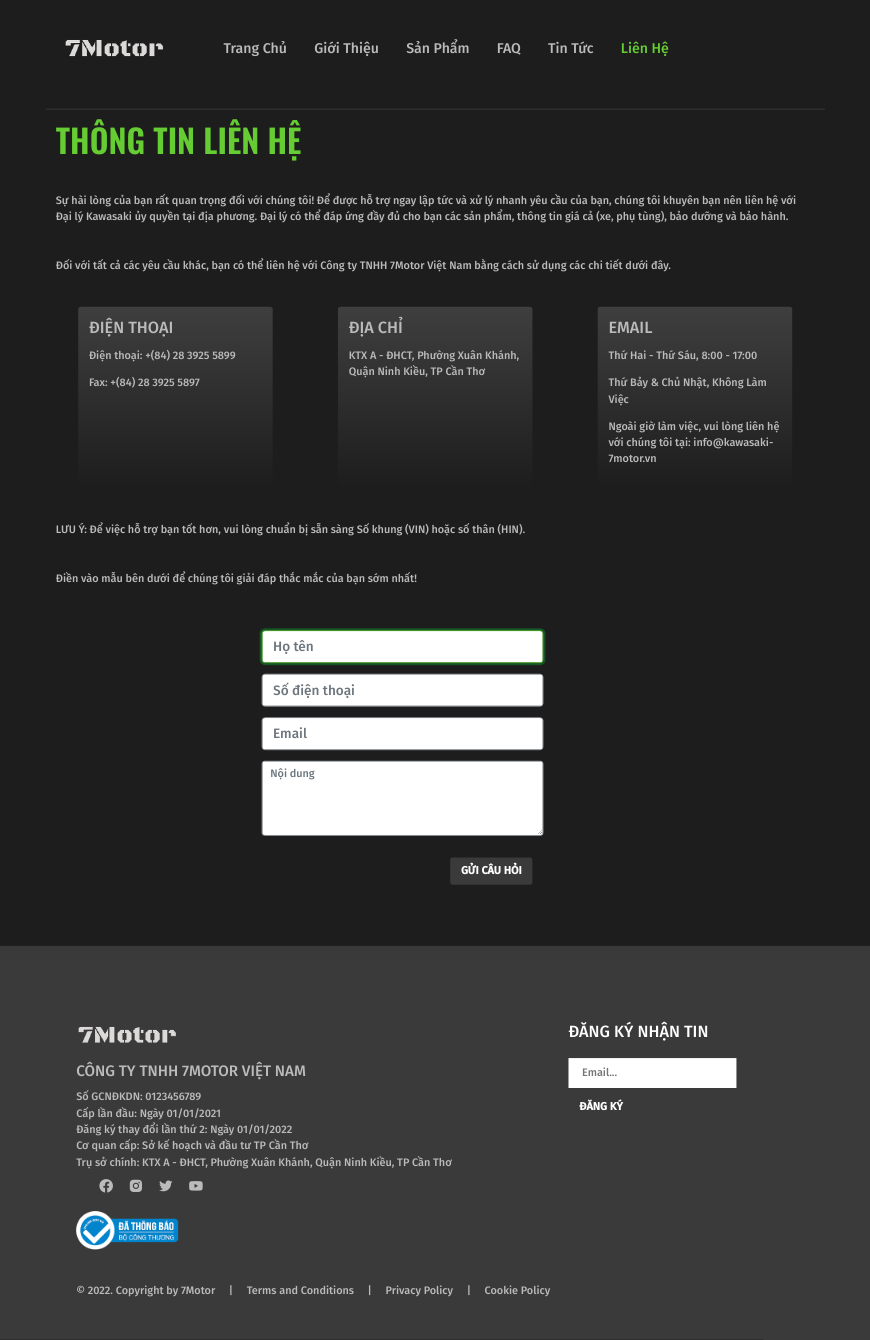
Repository: nntruong1907/SevenMotor
Page: contact.html
These files come from the project's save history. The page is drawn as it stood at one moment and after a run of saves; the edit follows.
The browser window is 1280 px wide. The pictures show the whole page, at 68% of full size.
The first visible `.form-control` has the focus.

Above is the page before, as saved 2022-04-06 10:14:38.
Console error: TypeError: Cannot read properties of undefined (reading 'classList')

### contact.html

<!DOCTYPE html>
<html lang="en">

<head>
    <meta charset="UTF-8">
    <meta http-equiv="X-UA-Compatible" content="IE=edge">
    <meta name="viewport" content="width=device-width, initial-scale=1.0">
    <title>7Motor | Liên hệ</title>
    <link rel="shortcut icon" type="image/icon" href="./img/seven.ico"/>
    <!-- bootstrap5 -->
    <link href="https://cdn.jsdelivr.net/npm/bootstrap@5.1.3/dist/css/bootstrap.min.css" rel="stylesheet">
    <script src="https://cdn.jsdelivr.net/npm/bootstrap@5.1.3/dist/js/bootstrap.bundle.min.js"></script>
    <!-- boxicons -->
    <link href='https://unpkg.com/boxicons@2.1.2/css/boxicons.min.css' rel='stylesheet'>
    <script src="https://unpkg.com/boxicons@2.1.2/dist/boxicons.js"></script>
    <!-- app css -->
    <link rel="stylesheet" href="./css/grid.css">
    <link rel="stylesheet" href="./css/app.css">
</head>

<body>

    <!-- header -->
    <header>
        <a href="#" class="logo">
            <img src="./img/7motor.png" alt="Logo">
        </a>
        <div class="main-menu-wrapper">
            <ul class="main-menu m-1">
                <li><a href="./index.html">Trang Chủ</a></li>
                <li><a href="./about.html">Giới thiệu</a></li>
                <li><a href="./products.html">Sản phẩm</a></li>
                <li><a href="./faq.html">FAQ</a></li>
                <li><a href="./news.html">Tin tức</a></li>
                <li><a href="#" class="active">Liên hệ</a></li>
            </ul>
        </div>

    </header>
    <!-- end header -->

    <!-- hero slide -->
    <div class="hero">
        <div class="container" id="hero-slide">
            <!-- slide item -->
            <div class="row mt-3">
                <hr/>
                <div class="col-12">
                    <div class="to-bot show-on-scroll">
                        <h3 class="main-title">Thông tin liên hệ</h3>
                    </div>

                    <div class="mt-5 to-top show-on-scroll">
                        Sự hài lòng của bạn rất quan trọng đối với chúng tôi! Để được hỗ trợ ngay lập tức và xử lý nhanh yêu cầu của bạn, chúng tôi khuyên bạn nên liên hệ với Đại lý Kawasaki ủy quyền tại địa phương. Đại lý có thể đáp ứng đầy đủ cho bạn các sản phẩm, thông tin giá cả (xe, phụ tùng), bảo dưỡng và bảo hành.
                    </div>
                    <div class="mt-5 to-top show-on-scroll">
                        Đối với tất cả các yêu cầu khác, bạn có thể liên hệ với Công ty TNHH 7Motor Việt Nam bằng cách sử dụng các chi tiết dưới đây.
                    </div>
                    <div class="row justify-content-around mt-5 to-top show-on-scroll">
                        <div class="col-3 bg-gradient p-3 rounded-top">
                            <h4 class="mb-3">ĐIỆN THOẠI</h4>
                            <p>Điện thoại: +(84) 28 3925 5899</p>
                            <p>Fax: +(84) 28 3925 5897</p>
                        </div>
                        <div class="col-3 bg-gradient p-3 rounded-top">
                            <h4 class="mb-3">ĐỊA CHỈ</h4>
                            <p>KTX A - ĐHCT, Phường Xuân Khánh, Quận Ninh Kiều, TP Cần Thơ</p>
                        </div>
                        <div class="col-3 bg-gradient p-3 rounded-top">
                            <h4 class="mb-3">EMAIL</h4>
                            <p>Thứ Hai - Thứ Sáu, 8:00 - 17:00</p>
                            <p>Thứ Bảy & Chủ Nhật, Không Làm Việc</p>
                            <p>Ngoài giờ làm việc, vui lòng liên hệ với chúng tôi tại: info@kawasaki-7motor.vn</p>
                        </div>
                    </div>
                    <div class="mt-5">
                        <p class="mt-5 to-top show-on-scroll">
                            LƯU Ý: Để việc hỗ trợ bạn tốt hơn, vui lòng chuẩn bị sẵn sàng Số khung (VIN) hoặc số thân (HIN).
                        </p>
                    </div>
                    <div class="mt-5">
                        <p class="mt-5 to-top show-on-scroll">
                            Điền vào mẫu bên dưới để chúng tôi giải đáp thắc mắc của bạn sớm nhất!
                        </p>
                    </div>
                    <form class="row mt-5 to-top show-on-scroll">
                        <div class="col-3"></div>
                        <div class="col-9">
                            <div class="w-50">
                                <div class="input-group input-group-lg m-3">
                                    <input type="text" class="form-control" placeholder="Họ tên">
                                </div>
                                <div class="input-group input-group-lg m-3">
                                    <input type="text" class="form-control" placeholder="Số điện thoại">
                                </div>
                                <div class="input-group input-group-lg m-3">
                                    <input type="text" class="form-control" placeholder="Email">
                                </div>
                                <div class="input-group m-3">
                                    <textarea class="form-control" rows="4" placeholder="Nội dung"></textarea>
                                </div>
                                <div class="text-lg-end">
                                    <button type="button" class="btn mt-3">Gửi câu hỏi</button>
                                </div>
                            </div>
                        </div>
                    </form>
                </div>
            </div>
            <!-- end slide item -->

            <!-- slide control -->
            <span class="slide-prev"></span>
            <span class="slide-next"></span>
            <!-- end slide control -->
        </div>
    </div>
    <!-- end hero slide -->

    <!-- footer section -->
    <footer>
        <div class="section-content">
            <div class="row">
                <div class="col-8">
                    <a href="#" class="logo">
                        <img src="./img/7motor.png" alt="">
                    </a>
                    <div class="mt-3">
                        <p class="text-uppercase" style="font-size: 1.4rem; margin-bottom: 0.5rem;">Công ty TNHH 7Motor Việt Nam</p>
                        <p class="m-0 ">Số GCNĐKDN: 0123456789</p>
                        <p class="m-0">Cấp lần đầu: Ngày 01/01/2021</p>
                        <p class="m-0">Đăng ký thay đổi lần thứ 2: Ngày 01/01/2022</p>
                        <p class="m-0">Cơ quan cấp: Sở kế hoạch và đầu tư TP Cần Thơ</p>
                        <p class="m-0">Trụ sở chính: KTX A - ĐHCT, Phường Xuân Khánh, Quận Ninh Kiều, TP Cần Thơ</p>
                    </div>
                    <ul class="socials mt-2">
                        <li><a href="#"><i class="bx bxl-facebook-circle"></i></a></li>
                        <li><a href="#"><i class='bx bxl-instagram-alt'></i></a></li>
                        <li><a href="#"><i class="bx bxl-twitter"></i></a></li>
                        <li><a href="#"><i class="bx bxl-youtube"></i></a></li>
                    </ul>
                    <div class="footer-logo">
                        <img src="./img/logo-da-thong-bao-bo-cong-thuong-mau-xanh.png" alt="">
                    </div>
                </div>
                <div class="col-3">
                    <h3 class="footer-header">
                        Đăng ký nhận tin
                    </h3>
                    <div class="subscribe-form mt-4">
                        <input type="text" name="" placeholder="Email...">
                        <button class="btn mt-2">Đăng ký</button>
                    </div>
                </div>
            </div>
            <div class="row mt-5">
                <div class="col-12 footer-copyright">
                    <span class="">
                        &copy; 2022. Copyright by 7Motor
                    </span> &nbsp; &nbsp; | &nbsp; &nbsp;
                    <a href="#" class="">
                        Terms and Conditions
                    </a href="#"> &nbsp; &nbsp; | &nbsp; &nbsp;
                    <a href="#" class="">
                        Privacy Policy
                    </a href="#"> &nbsp; &nbsp; | &nbsp; &nbsp;
                    <a href="#" class="">
                        Cookie Policy
                    </a href="#">
                </div>
            </div>
        </div>
    </footer>
    <!-- end footer section -->

    <!-- app js -->
    <script src="./js/app.js"></script>

</body>

</html>

### css/grid.css
.row {
  display: flex;
  flex-wrap: wrap;
  margin: 0 -15px;
}

[class*="col-"] {
  padding: 0 15px;
}

.col-1 {
  width: 8.33%;
}

.col-2 {
  width: 16.66%;
}

.col-3 {
  width: 25%;
}

.col-4 {
  width: 33.33%;
}

.col-5 {
  width: 41.66%;
}

.col-6 {
  width: 50%;
}

.col-7 {
  width: 58.33%;
}

.col-8 {
  width: 66.66%;
}

.col-9 {
  width: 75%;
}

.col-10 {
  width: 83.33%;
}

.col-11 {
  width: 91.66%;
}

.col-12 {
  width: 100%;
}

### css/app.css
@font-face {
  font-family: OswaldSemiBold;
  src: url(../fonts/Oswald/Oswald-SemiBold.ttf);
}

@font-face {
  font-family: FiraSansMedium;
  src: url(../fonts/Fira_Sans/FiraSans-Medium.ttf);
}

@font-face {
  font-family: FiraSansLight;
  src: url(../fonts/Fira_Sans/FiraSans-Light.ttf);
}

:root {
  --main-color: #1d1d1d;
  --second-color: #3a3a3a;
  --txt-screen: #66cc33;
  --txt-color: #bbbbbb;
  --txt-white: #ffffff;
  --bg-black: #000;

  --form-bg: rgba(0, 0, 0, 0.8);
  --border-color: #66cc33;
  --form-color: #c6c6c6;
  --form-input-bg: rgba(2, 2, 2, 0.22);
  --boder-radius: 10px;

  --header-height: 144px;
  --header-padding: 93px;
}

* {
  padding: 0;
  margin: 0;
  box-sizing: border-box;
  user-select: none;
}

body {
  background-color: var(--main-color);
  color: var(--txt-color);
  font-family: FiraSansMedium, sans-serif;
  overflow-x: hidden;
}

a {
  text-decoration: none;
  color: unset;
  display: inline-block;
}

ul {
  list-style-type: none;
}

img {
  max-width: 100%;
}

header {
  height: var(--header-height);
  position: fixed;
  left: 0;
  top: 0;
  width: 100%;
  background-color: transparent;
  display: flex;
  align-items: center;
  justify-content: space-between;
  padding: 0 var(--header-padding);
  z-index: 99;
  transition: height 0.3s ease 0s, background-color 0.3s ease 0s;
}

header.shrink {
  height: 60px;
  background-color: var(--second-color);
}

.main-menu-wrapper {
  position: absolute;
  inset: 0;
  display: flex;
  align-items: center;
  justify-content: center;
  pointer-events: none;
}

.main-menu {
  display: flex;
  pointer-events: visible;
}

.main-menu > li > a {
  text-transform: capitalize;
  font-size: 1.3rem;
  color: var(--txt-color);
}

.main-menu > li > a.active {
  color: var(--txt-screen);
}

.main-menu > li ~ li {
  margin-left: 40px;
}

.main-menu > li > a:hover,
.user-menu > li > a:hover {
  color: var(--txt-screen);
}

.hero {
  padding-top: var(--header-height);
  position: relative;
}

.hero1 {
  padding-top: var(--header-height);
  position: relative;
}

.slide-container {
  height: 100%;
  position: relative;
}

.slide {
  display: flex;
  height: 0;
  overflow: hidden;
}

.slide.active {
  height: 100%;
}

.slide-img {
  width: 58%;
  padding-right: 60px;
  padding-top: 80px;
  z-index: 1;
}

.slide-img img {
  width: 100%;
  transform: rotate(-70deg);
  transform-origin: bottom;
  opacity: 0;
  transition: transform 1s cubic-bezier(0.175, 0.885, 0.32, 1.275),
    opacity 0.6s ease 0s;
}

.slide.active .slide-img img {
  transform: rotate(0);
  opacity: 1;
}

.slide-txt {
  width: 42%;
  padding-left: 60px;
}

.slide-title {
  width: max-content;
}

.slide-title > p {
  margin: 0px;
  padding: 0px;
  font-size: 2rem;
  font-family: OswaldSemiBold;
  color: var(--txt-screen);
  text-transform: capitalize;
}

.slide-title > h3 {
  font-size: 10.5rem;
  font-family: OswaldSemiBold;
  color: var(--txt-white);
  text-transform: capitalize;
  -webkit-text-fill-color: transparent;
  -webkit-text-stroke-width: 4px;
  transform: translateX(-200px);
  transition: transform 0.5s ease 0s;
}

.slide-title > h4 {
  font-size: 3.5rem;
  font-family: OswaldSemiBold;
  color: var(--txt-white);
  -webkit-text-fill-color: transparent;
  -webkit-text-stroke-width: 4px;
}

.slide.active .slide-title > h3 {
  transform: translateX(0);
}
.slide.active .slide-title > h4 {
  transform: translateX(0);
}
.slide-description,
.slide-btn {
  margin-top: 84px;
}

.slide-description > p {
  font-size: 1.4rem;
  transition-delay: 0.3s;
}

.hero-btn {
  font-size: 1.9rem;
  font-weight: 700;
  text-transform: uppercase;
  padding: 10px 50px;
  background-color: var(--txt-white);
  color: var(--main-color);
  transition: transform 0.3s ease 0s;
}

.slide-description > p,
.slide-btn {
  transform: translateY(100px);
  opacity: 0;
  transition: transform 0.5s ease 0s, opacity 0.5s ease 0s;
}

.slide.active .slide-description > p,
.slide.active .slide-btn {
  transform: translateY(0);
  opacity: 1;
}

.slide-btn {
  transition-delay: 0.6s;
}

.hero-btn:hover {
  transform: translateY(-10px);
  color: var(--txt-screen);
}

.hero-txt {
  position: absolute;
  text-transform: uppercase;
  font-family: OswaldSemiBold;
  font-size: 11.75rem;
  top: 203px;
  right: -182px;
  color: var(--second-color);
  transform: rotate(-90deg);
}

.hero-txt1 {
  position: absolute;
  text-transform: uppercase;
  font-family: OswaldSemiBold;
  font-size: 2rem;
  top: 440px;
  left: 60px;
  color: var(--second-color);
}

.hero-txt2 {
  position: absolute;
  text-transform: uppercase;
  font-family: OswaldSemiBold;
  font-size: 5rem;
  top: 470px;
  left: 100px;
  color: var(--txt-color);
}

.slide-control {
  display: flex;
  align-items: center;
  position: absolute;
  z-index: 98;
  bottom: 20px;
  left: 50%;
  transform: translateX(-50%);
}

.slide-control > li {
  font-size: 1.75rem;
  display: flex;
  align-items: center;
  cursor: pointer;
  transition: transform 0.3s ease 0s;
}

.slide-control > li.active {
  transform: scale(1.5);
  color: var(--txt-white);
}

.slide-control > li ~ li {
  margin-left: 30px;
}

.slide-control > li:hover {
  color: var(--txt-white);
}

.section {
  padding: 12rem 0 0;
}

.section-content {
  padding: 7rem 7rem 0;
}

.section-title {
  font-family: OswaldSemiBold;
  text-align: center;
  position: relative;
}

.infor-title {
  margin: 3rem 0;
  font-family: OswaldSemiBold;
  text-align: center;
  position: absolute;
}

.section-title > h3 {
  text-transform: uppercase;
}

.infor-title > p {
  font-size: 3rem;
  text-transform: uppercase;
  color: var(--txt-screen);
}

.second-title {
  font-size: 5rem;
  color: var(--txt-screen);
  position: absolute;
  left: 20%;
  bottom: 100%;
  z-index: -1;
  font-family: OswaldSemiBold;
}

.main-title {
  font-size: 3rem;
  z-index: 1;
  color: var(--txt-screen);
  text-transform: uppercase;
  font-family: OswaldSemiBold;
}

.category-img {
  padding: 4rem;
  height: 600px;
  overflow: hidden;
  position: relative;
  cursor: pointer;
}

.category-img-inner {
  position: absolute;
  top: 0;
  left: 0;
  height: 100%;
  width: 100%;
  background-position: bottom;
  background-size: cover;
  transition: transform 1s ease 0s;
}

.category-img:hover .category-img-inner {
  transform: scale(1.3);
}

.category-title {
  font-size: 4.5rem;
  font-weight: 700;
  font-family: OswaldSemiBold;
  padding: 2rem;
  position: absolute;
  bottom: 0;
  color: var(--txt-white);
  text-transform: capitalize;
}

.btn-wrapper {
  position: absolute;
  right: 7rem;
  top: 50%;
  transform: translateY(-50%);
}

.btn {
  padding: 0.5rem 1rem;
  border: none;
  outline: none;
  text-transform: uppercase;
  font-weight: 700;
  cursor: pointer;
  background-color: var(--second-color);
  color: var(--txt-white);
  transition: all 0.3s ease 0s;
}

.btn:hover {
  background-color: #66cc33;
  color: var(--second-color);
}

.product-card {
  padding: 20px;
  text-align: center;
  border-radius: 1rem;
  transition: background-color 0.3s ease 0s;
}

.product-card:hover {
  background-color: var(--bg-black);

}

.product-card > a:hover {
  color: var(--txt-screen);
}

.product-card-img {
  margin-bottom: 20px;
}

.product-name {
  font-size: 2rem;
  text-transform: uppercase;
  margin-bottom: 10px;
}

.product-card-large .product-name {
  font-size: 3rem;
}

.product-price {
  font-weight: 700;
  color: var(--txt-white);
  margin-bottom: 20px;
  display: block;
}

.product-card-large .product-price {
  font-size: 2rem;
}

.product-card-large .btn {
  font-size: 1.5rem;
  padding: 1rem 2rem;
}

.col-center {
  display: flex;
  align-items: center;
}

.special-section {
  position: relative;
  margin-bottom: 290px;
  padding-top: 4rem;
}

.special-section > .section-title {
  text-align: right;
  padding: 4rem 7rem;
  background-color: var(--bg-black);
}

.special-section .second-title {
  position: relative;
  font-size: 3.5rem;
  color: var(--txt-white);
  left: 0;
  z-index: unset;
}

.special-section .main-title {
  font-size: 9rem;
  -webkit-text-stroke-width: 2px;
  -webkit-text-fill-color: transparent;
}

.special-section .section-title .btn {
  position: relative;
  right: unset;
  top: unset;
  font-size: 2rem;
}

.special-section .special-price {
  font-size: 3rem;
  color: var(--txt-white);
  margin-bottom: 2rem;
}

.special-img {
  width: 50%;
  position: absolute;
  left: 7rem;
  bottom: -290px;
}

.news-card {
  padding: 20px;
}

.news-card-img {
  width: 100%;
  padding-top: 100%;
  position: relative;
}

.img-wrapper,
.img-wrapper .img {
  position: absolute;
  inset: 0;
  overflow: hidden;
}

.img-wrapper .img {
  background-position: center;
  background-size: cover;
  transition: transform 0.5s ease 0s;
}

.news-card:hover .img {
  transform: scale(1.2);
}

.news-card-img,
.news-title,
.news-preview {
  margin-bottom: 20px;
}

.news-title {
  font-size: 2rem;
  color: var(--txt-white);
}

.news-title > a:hover {
  color: var(--txt-screen);
}

footer {
  background-color: var(--second-color);
  margin-top: 90px;
  padding-bottom: 60px;
}

.footer-description {
  margin: 30px 0;
}

.socials {
  display: flex;
}

.socials > li ~ li {
  margin-left: 20px;
}

.socials > li > a {
  font-size: 1.5rem;
}

.socials > li > a:hover {
  color: var(--txt-white);
}

.footer-menu > li ~ li {
  margin-top: 20px;
}

.footer-menu > li > a {
  font-size: 1.5rem;
  text-transform: uppercase;
}

.footer-menu > li > a:hover {
  color: var(--txt-white);
}

.subscribe-form > input {
  border: none;
  outline: none;
  padding: 10px 20px;
}

.footer-logo {
  width: 150px;
}

.footer-header {
  font-size: 1.5rem;
  text-transform: uppercase;
  color: var(--txt-white);
}

.footer-copyright > a:hover {
  color: var(--txt-screen);
}

.to-right {
  transform: translateX(-200px);
}

.to-left {
  transform: translateX(200px);
}

.to-right,
.to-left,
.to-top,
.to-bot {
  opacity: 0;
  transition: all 1.5s ease 0s;
}

.to-right.show,
.to-left.show {
  opacity: 1;
  transform: translateX(0);
}

.to-top {
  transform: translateY(100px);
}

.to-top.show {
  transform: translateY(0);
  opacity: 1;
}

.to-bot {
  transform: translateY(-50px);
}

.to-bot.show {
  transform: translateY(0);
  opacity: 1;
}

.text-min > p {
  margin: 0.5rem 0;
  padding: 0 0.5rem 0 0;
  font-size: 0.8rem;
  color: var(--second-color);
}

.thuvien {
  padding: 9rem 0 0;
}
.thuvien-content {
  padding: 1rem 0;
}

.thuvien-img {
  height: 400px;
  overflow: hidden;
  position: relative;
  cursor: pointer;
}

.thuvien-img-inner {
  position: absolute;
  top: 0;
  left: 0;
  height: 100%;
  width: 100%;
  background-position: bottom;
  background-size: cover;
  transition: transform 1s ease 0s;
}

.thuvien-img:hover .thuvien-img-inner {
  transform: scale(1.2, 1.1);
}


.post-item {
  width: 2rem;
  height: 2rem;
  border-radius: 50px;
  border-style: solid;
}
.post-item i {
  font-size: 2rem;
}
.post-item i:hover {
  color: #fff;
  border-radius: 50px;
}
.post-item i:hover {
  color: #fff;
  border-radius: 50px;
}

.news-text > p {
  margin-left: 8rem;
  width: 66rem;
}

.promotion {
  position: relative;
  margin-top: 10rem;
  padding-right: 4rem;
}

.promotion-title {
  width: fit-content;
  background-color: #ffffff;
}

.promotion-title > h4 {
  color: #66cc33;
  padding: 2rem 2rem;
}

.promotion-title > p {
  color: #000;
  padding: 0 2rem 2rem 2rem;
}

.news-info {
  margin-top: 3rem;
}

.product-title {
  margin: 5rem 0 0rem 0;
  z-index: 1;
  font-size: 3.5rem;
  color: var(--txt-color);
  text-transform: uppercase;
  font-family: OswaldSemiBold;
}
.text-green {
  color: var(--txt-screen);
}

.img-size {
  margin: auto;
  max-width: 900px;
}

.form-control:focus {
  border-color: #66cc33;
  box-shadow: 0 0 0 0.2rem rgba(5, 246, 61, 0.25);
}

### js/app.js
let hero_slide = document.querySelector('#hero-slide')

let hero_slide_items = hero_slide.querySelectorAll('.slide')

let hero_slide_index = 0

let hero_slide_play = true

let hero_slide_control_items = hero_slide.querySelectorAll('.slide-control-item')

let slide_next = hero_slide.querySelector('.slide-next')

let slide_prev = hero_slide.querySelector('.slide-prev')

let header = document.querySelector('header')

showSlide = (index) => {
    hero_slide.querySelector('.slide.active').classList.remove('active')
    hero_slide.querySelector('.slide-control-item.active').classList.remove('active')
    hero_slide_control_items[index].classList.add('active')
    hero_slide_items[index].classList.add('active')
}

nextSlide = () => {
    hero_slide_index = hero_slide_index + 1 === hero_slide_items.length ? 0 : hero_slide_index + 1
    showSlide(hero_slide_index)
}

prevSlide = () => {
    hero_slide_index = hero_slide_index - 1 < 0 ? hero_slide_items.length - 1 : hero_slide_index - 1
    showSlide(hero_slide_index)
}

slide_next.addEventListener('click', () => nextSlide())

slide_prev.addEventListener('click', () => prevSlide())

// add event to slide select
hero_slide_control_items.forEach((item, index) => {
    item.addEventListener('click', () => showSlide(index))
})

// pause slide when mouse come in slider
hero_slide.addEventListener('mouseover', () => hero_slide_play = false)

// resume slide when mouse leave out slider
hero_slide.addEventListener('mouseleave', () => hero_slide_play = true)

setTimeout(() => hero_slide_items[0].classList.add('active'), 200);

// auto slide
// setInterval(() => {
//     if (!hero_slide_play) return
//     nextSlide()
// }, 5000);

// change header style when scroll
window.addEventListener('scroll', () => {
    if (document.body.scrollTop > 80 || document.documentElement.scrollTop > 80) {
        header.classList.add('shrink')
    } else {
        header.classList.remove('shrink')
    }
})

// element show on scroll

let scroll = window.requestAnimationFrame || function(callback) {window.setTimeout(callback, 1000/60)}

let el_to_show = document.querySelectorAll('.show-on-scroll')

isElInViewPort = (el) => {
    let rect = el.getBoundingClientRect()

    let distance = 200

    return (rect.top <= (window.innerHeight - distance || document.documentElement.clientHeight - distance))
}

loop = () => {
    el_to_show.forEach(el => {
        if (isElInViewPort(el)) el.classList.add('show')
    })

    scroll(loop)
}

loop()

After the next 3 saves:
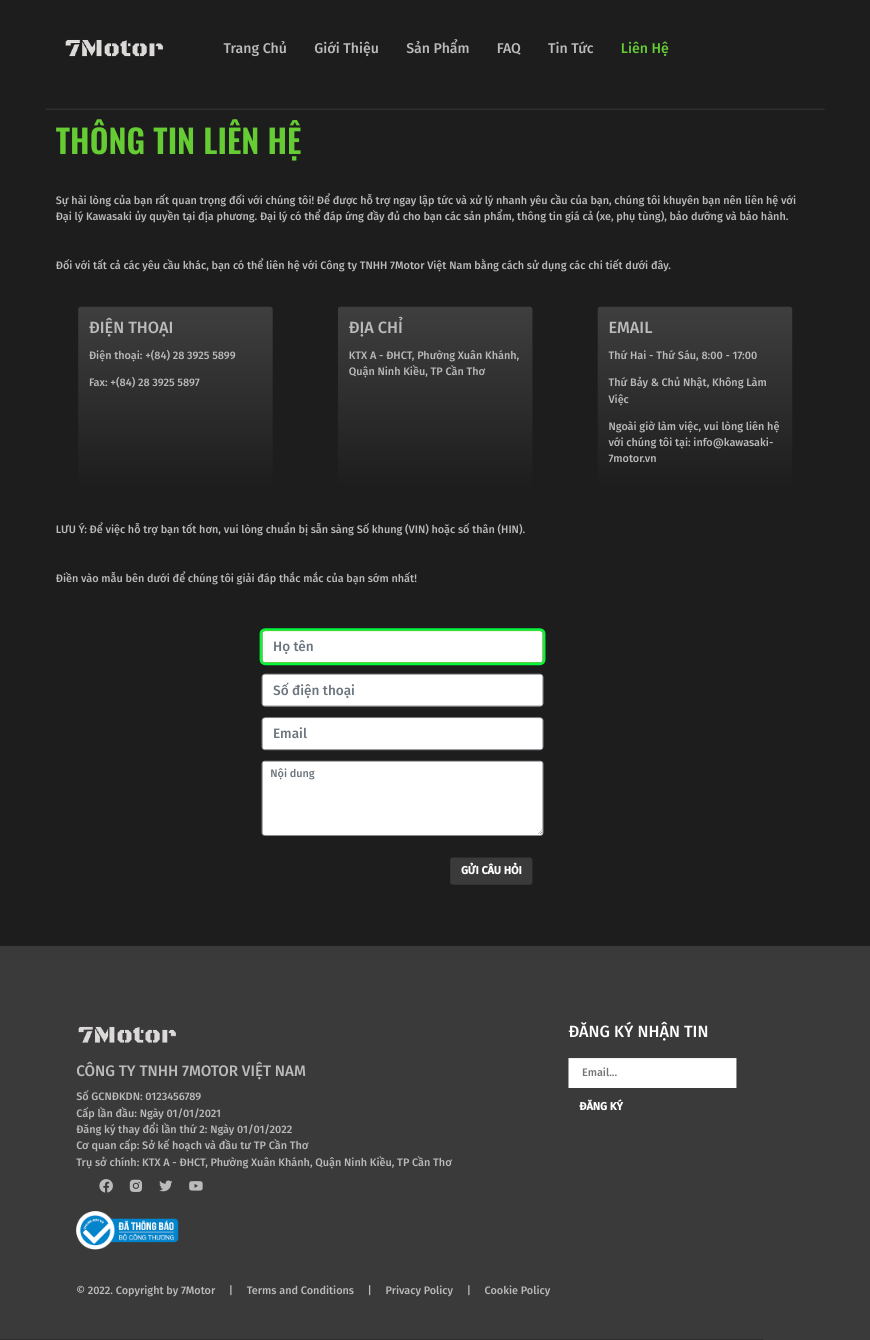
The 3 saves are shown as one change because they came seconds apart.
The last was saved 11 s later.
--- a/css/app.css
+++ b/css/app.css
@@ -754,5 +754,5 @@
 
 .form-control:focus {
   border-color: #66cc33;
-  box-shadow: 0 0 0 0.2rem rgba(5, 246, 61, 0.25);
-}
+  box-shadow: 0 0 0 0.2rem rgb(5, 246, 61);
+}
